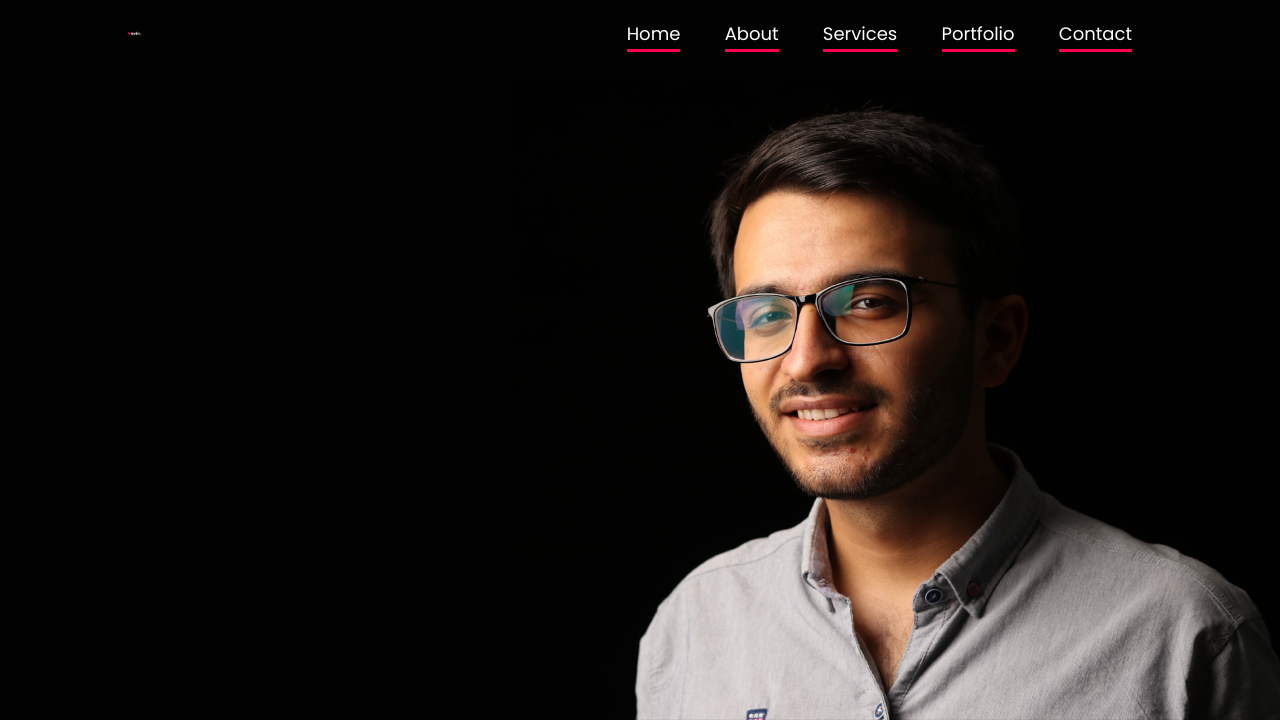
Repository: bryanbraide/Profile-card
Page: index.html
An editor plug-in stored every save of this project. The page is shown before and after the next save, followed by the edit.
The browser window is 1280 px wide. The pictures show the whole page.

Above is the page before, as saved 2025-06-16 14:26:03.

After the next save:
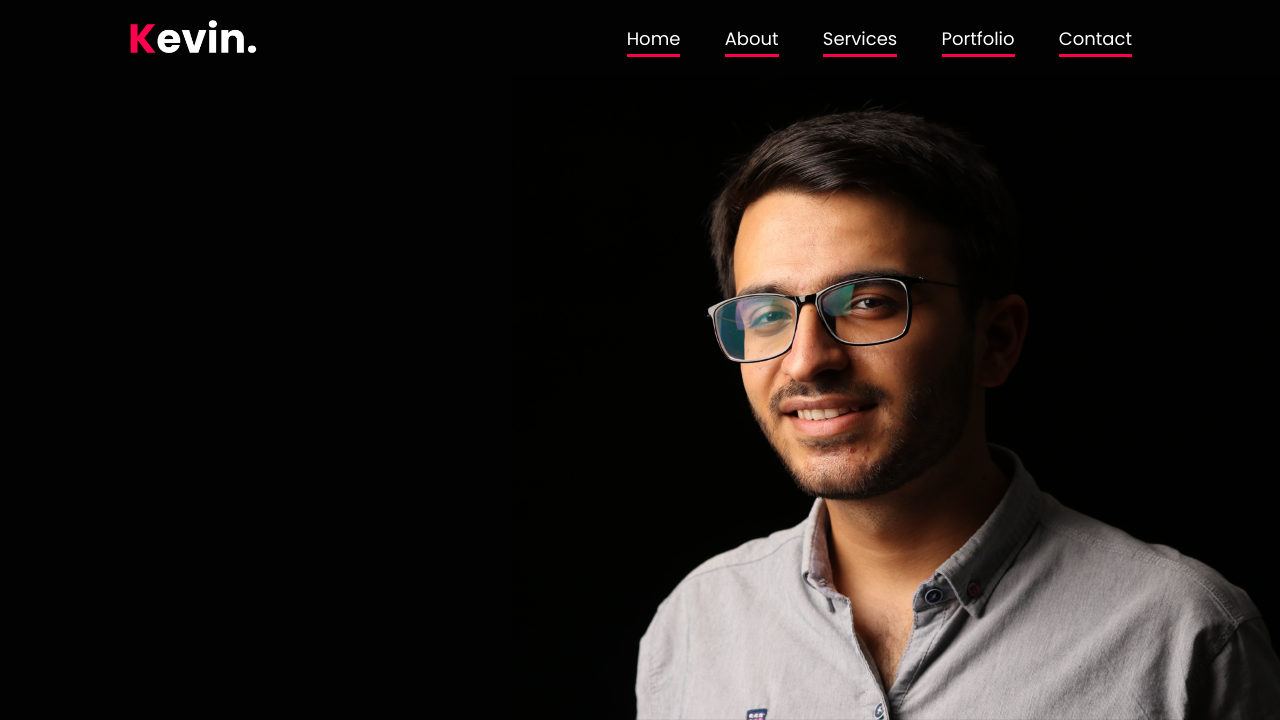
Saved 4 min 33 s later.
--- a/style.css
+++ b/style.css
@@ -26,7 +26,7 @@
   flex-wrap: wrap;
 }
 .logo{
-  width: 13px;
+  width: 130px;
 }
 
 nav ul li {
